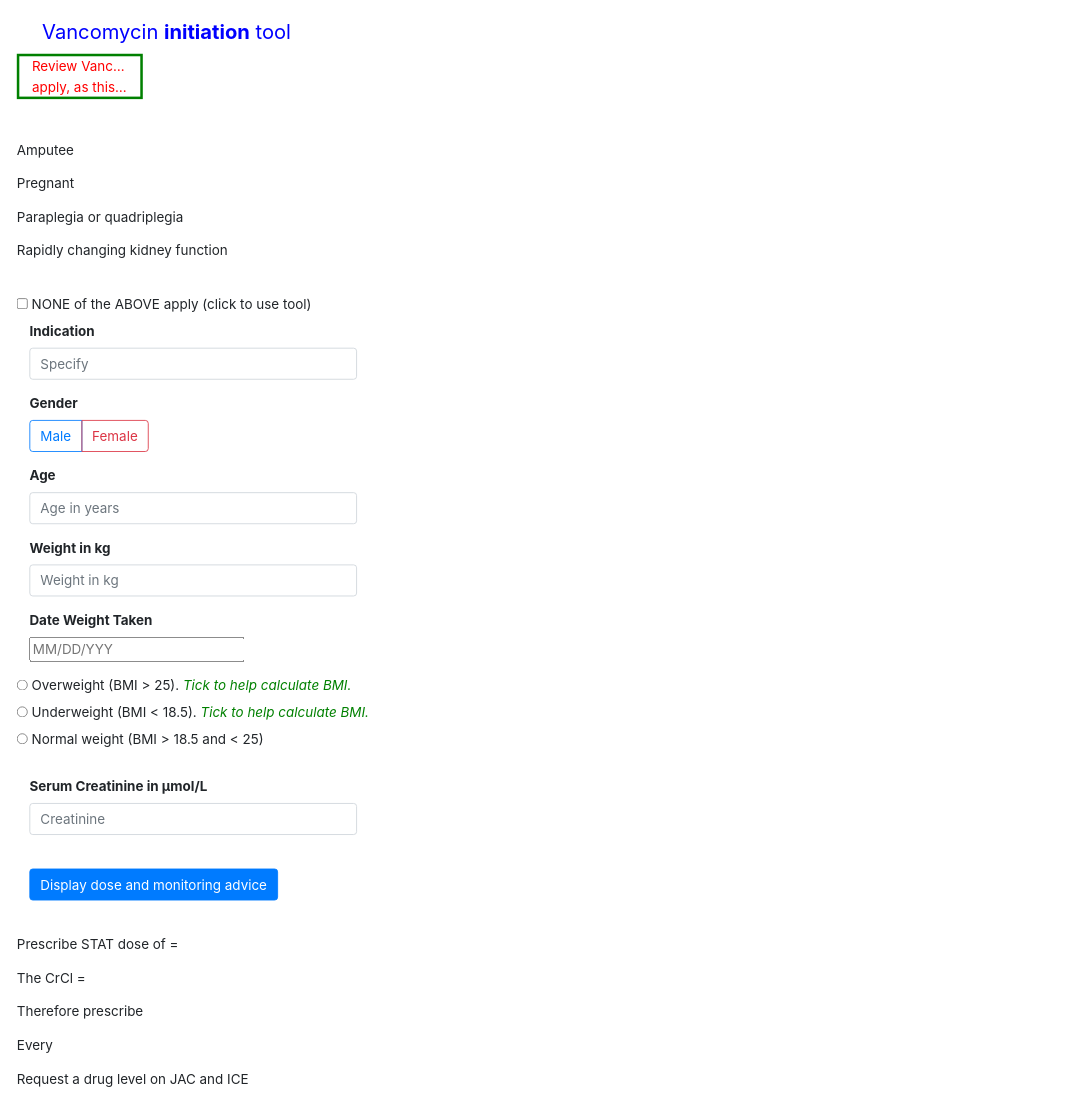
Repository: Mismiles/project-clinical-calculator
Page: index.html
The author's editor kept a record of every edit. The page is drawn from the files as they stood at one moment, then again after the next edit.
The browser window is 1280 px wide. The pictures show the whole page, at 84% of full size.

Above is the page before.
Console error: TypeError: Cannot read properties of undefined (reading 'age')

After the next edit:
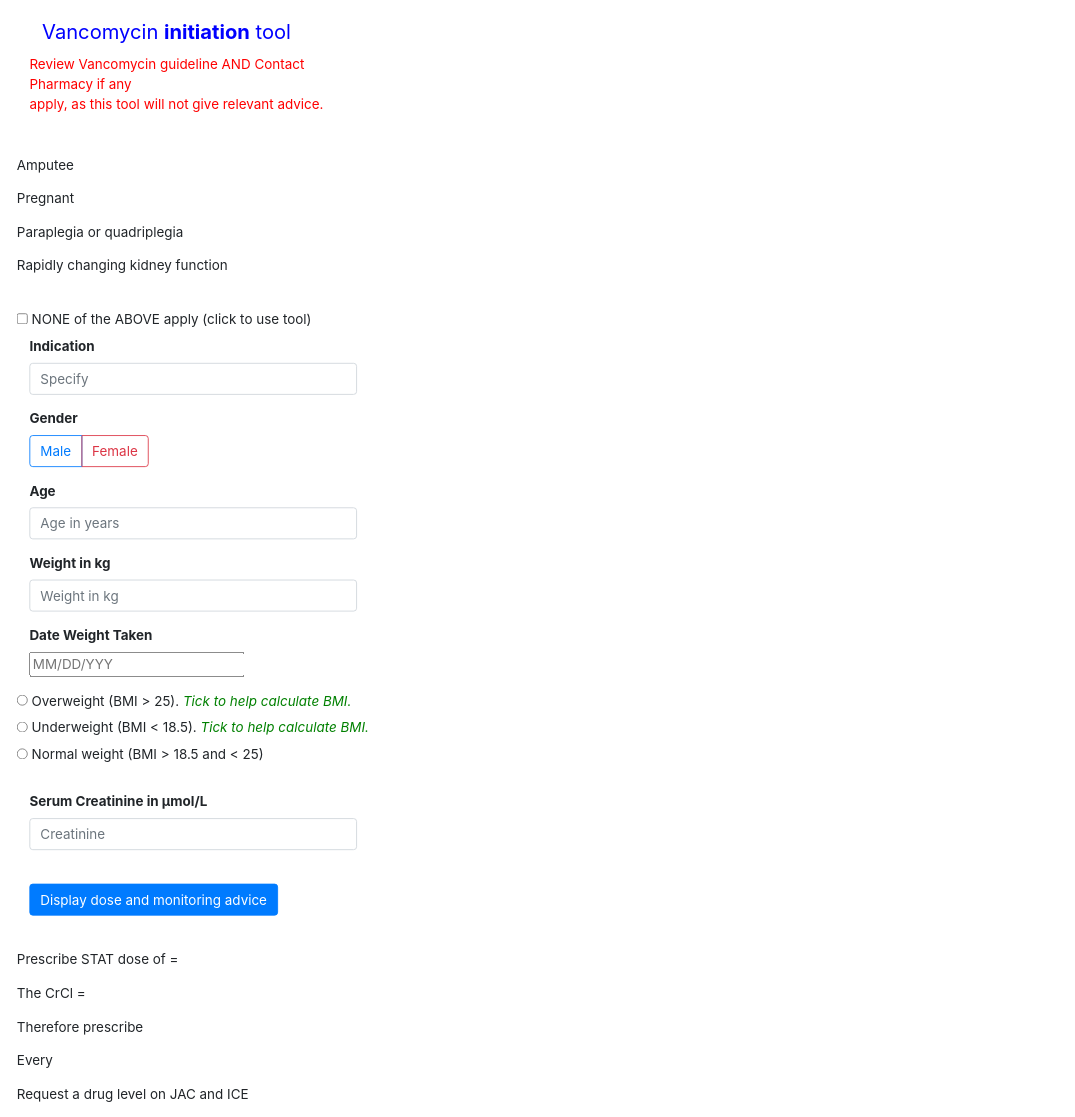
The edit:
--- a/index.html
+++ b/index.html
@@ -26,7 +26,7 @@
 <legend>Vancomycin <b>initiation</b> tool</legend>
 
 <!-- Parameters -->
-  <div class="col-md-4 parameters" for="parameters" style="color:red">Review Vancomycin guideline AND Contact Pharmacy if any<br> apply, as this tool will not give relevant advice.</div>
+  <div class="col-md-4 statement" for="parameters" style="color:red">Review Vancomycin guideline AND Contact Pharmacy if any<br> apply, as this tool will not give relevant advice.</div>
     <br>
     <br>
   <div class=
